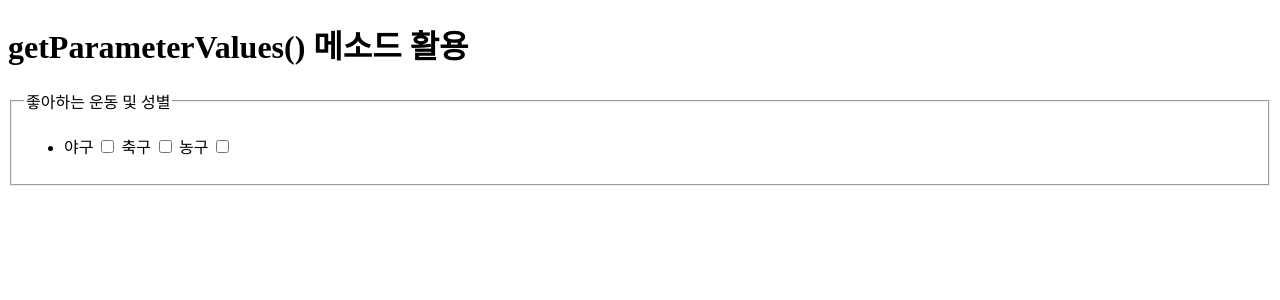
Repository: seminocoe/JSP_STUDY
Page: http://localhost/ServletProject/login/Sport.jsp
An editor plug-in stored every save of this project. The page is shown before and after the next save, followed by the edit.
The browser window is 1280 px wide. The pictures show the whole page.
The page is served by Tomcat 9. Other server files are loaded and not shown.

Above is the page before, as saved 2022-07-29 01:54:40.

### ServletProject/src/main/webapp/login/Sport.jsp
<%@ page language="java" contentType="text/html; charset=UTF-8"
    pageEncoding="UTF-8"%>
<!DOCTYPE html>
<html>
<head>
<meta charset="UTF-8">
<title>취미와 성별</title>
</head>
<body>
	<h1>getParameterValues() 메소드 활용</h1>
	<form action="Sport" method="post">

	<fieldset>
		<legend><!-- 범례라는 뜻 --> 좋아하는 운동 및 성별</legend>
			<ul>
				<li>
					<label for="bassball">야구</label>
					<input type="checkbox" name="sports" value="야구">
					<label for="football">축구</label>
					<input type="checkbox" name="sports" value="축구">
					<label for="baskeball">농구</label>
					<input type="checkbox" name="sports" value="농구">
				</li>
			</ul>
	</fieldset>
	</form>
</body>
</html>

After the next save:
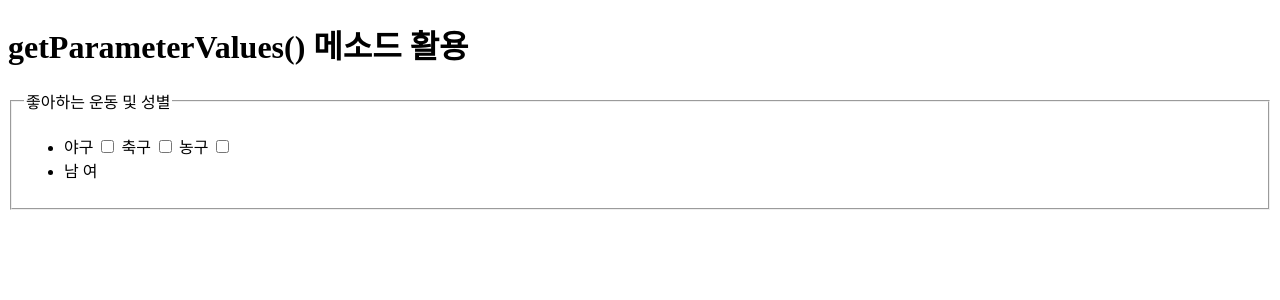
Saved 95 s later.
--- a/ServletProject/src/main/webapp/login/Sport.jsp
+++ b/ServletProject/src/main/webapp/login/Sport.jsp
@@ -21,6 +21,10 @@
 					<label for="baskeball">농구</label>
 					<input type="checkbox" name="sports" value="농구">
 				</li>
+				<li>
+					<label for="gender">남</label>
+					<label for="gender">여</label>
+				</li>
 			</ul>
 	</fieldset>
 	</form>
